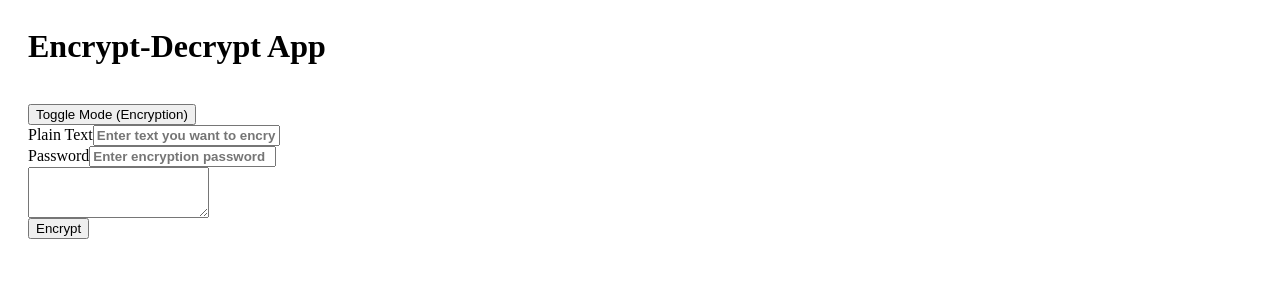
Repository: beardbytes/EncDecrypt
Page: / (app in EncryptDecrypt/)
An editor plug-in stored every save of this project. The page is shown before and after the next save, followed by the edit.
The browser window is 1280 px wide. The pictures show the whole page.
The project was rebuilt for these pictures with package versions that can differ from the ones it lists, and the page was loaded fresh each time. Also part of the build but not shown: EncryptDecrypt/angular.json.

Above is the page before, as saved 2020-08-15 15:33:53.

After the next save:
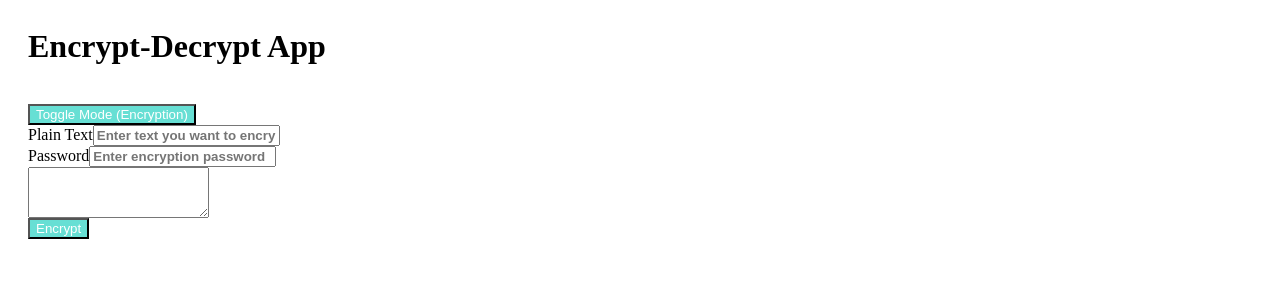
Saved 36 s later.
--- a/EncryptDecrypt/src/styles.css
+++ b/EncryptDecrypt/src/styles.css
@@ -10,7 +10,7 @@ body{
   font-weight: lighter;
 }
 
-button[type="submit"]{
+button[type="button"]{
   background-color: #67dfd4;
   color: #fff;
 
